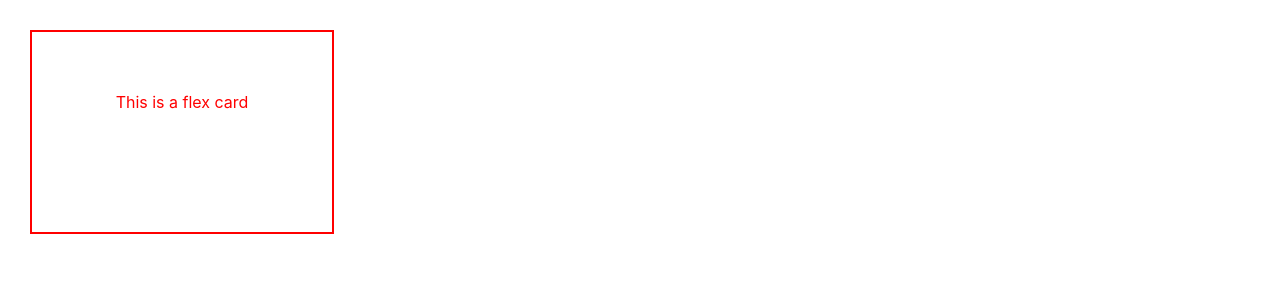
Repository: thai-shriya/anxiety-tracker
Page: /
An editor plug-in stored every save of this project. The page is shown before and after the next save, followed by the edit.
The browser window is 1280 px wide. The pictures show the whole page.
The project was rebuilt for these pictures with package versions that can differ from the ones it lists, and the page was loaded fresh each time.

Above is the page before, as saved 2024-04-22 14:26:39.

After the next save:
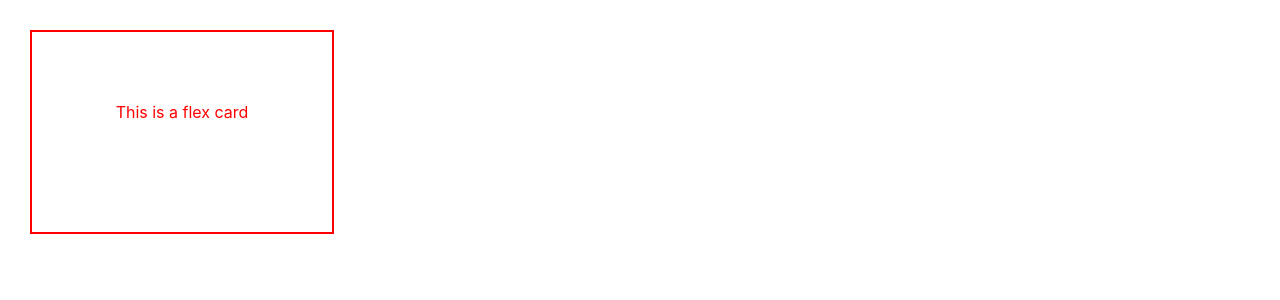
Saved 6 s later.
--- a/src/App.css
+++ b/src/App.css
@@ -9,5 +9,5 @@
   color:red;
   padding: 10px;
   text-align: center;
-  margin: 50px;
+  margin: 60px;
 }
